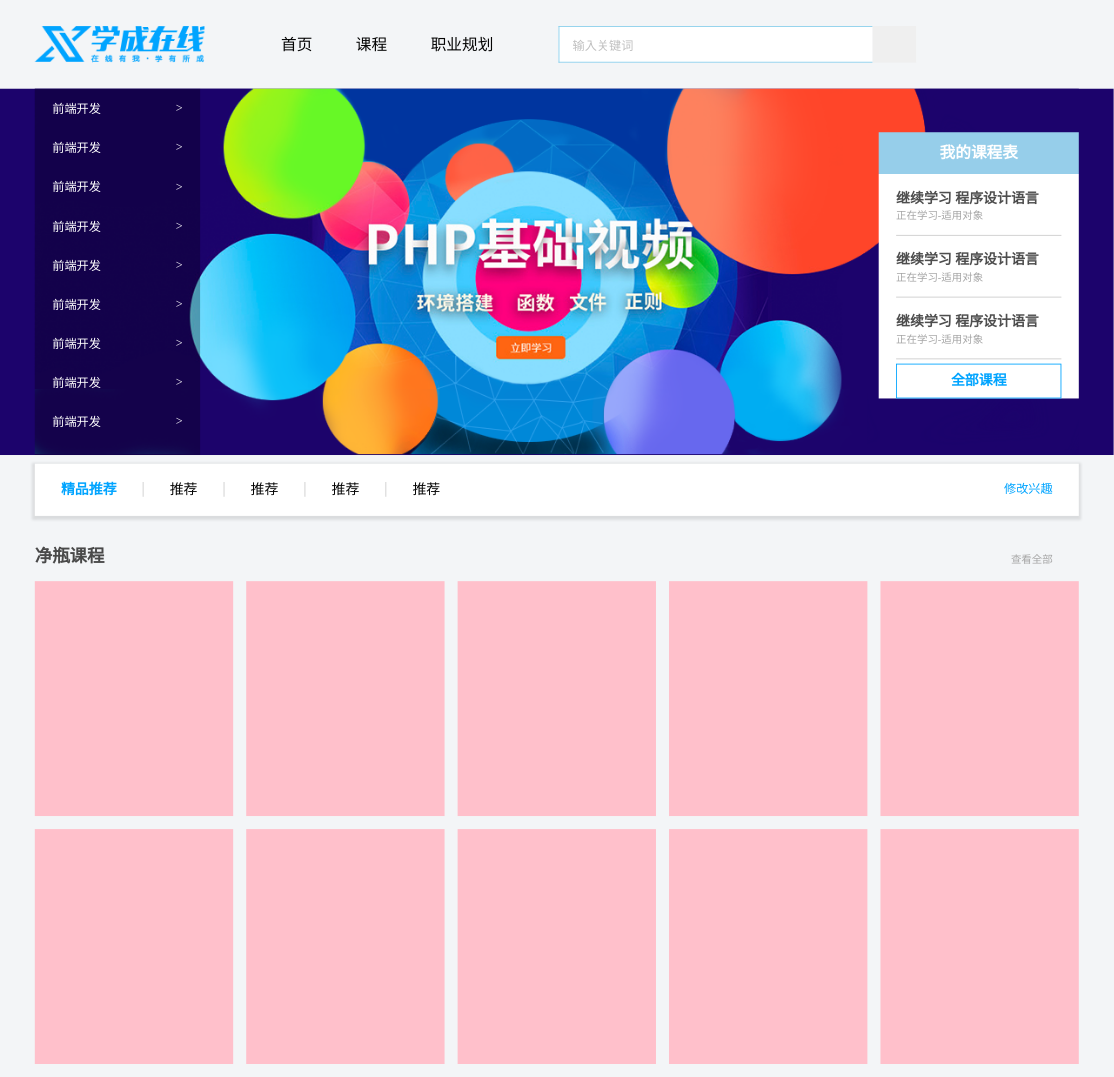
Repository: R1Deemo/Web-Project
Page: index..html
The author's editor kept a copy of each file at every save. The page is drawn from the files as they stood at one save, then again after the next save.
The browser window is 1280 px wide. The pictures show the whole page, at 87% of full size.

Above is the page before, as saved 2022-03-09 19:24:10.

### index..html
<!DOCTYPE html>
<html lang="en">

<head>
    <meta charset="UTF-8">
    <meta http-equiv="X-UA-Compatible" content="IE=edge">
    <meta name="viewport" content="width=device-width, initial-scale=1.0">
    <title>测试页面</title>
    <link rel="stylesheet" href="style.css">
</head>

<body>
    <!--头部模块 -->
    <div class="header w">
        <div class="logo">
            <img src="images/学成在线.png" alt="">
        </div>
        <!-- 实际开发中要用li+a的做法做导航栏 -->
        <div class="nav">
            <ul>
                <li>
                    <a href="#">首页</a>
                </li>
                <li>
                    <a href="#">课程</a>
                </li>
                <li>
                    <a href="#">职业规划</a>
                </li>

            </ul>
        </div>
        <!-- 搜索模块 -->
        <div class="search">
            <input type="text" value="输入关键词">
            <button></button>

        </div>

    </div>
    <!-- 头部区域结束 -->
    <!-- banner部分开始 -->
    <div class="banner">
        <div class="w">
            <div class="subnav">
                <ul>
                    <li><a href="#">前端开发<span>&gt</span></a></li>
                    <li><a href="#">前端开发<span>&gt</span></a></li>
                    <li><a href="#">前端开发<span>&gt</span></a></li>
                    <li><a href="#">前端开发<span>&gt</span></a></li>
                    <li><a href="#">前端开发<span>&gt</span></a></li>
                    <li><a href="#">前端开发<span>&gt</span></a></li>
                    <li><a href="#">前端开发<span>&gt</span></a></li>
                    <li><a href="#">前端开发<span>&gt</span></a></li>
                    <li><a href="#">前端开发<span>&gt</span></a></li>

                </ul>

            </div>
            <div class="course">
                <h2>我的课程表</h2>
                <div class="bd">
                    <ul>
                        <li>
                            <h4>继续学习 程序设计语言</h4>
                            <p>正在学习-适用对象</p>
                        </li>
                        <li>
                            <h4>继续学习 程序设计语言</h4>
                            <p>正在学习-适用对象</p>
                        </li>
                        <li>
                            <h4>继续学习 程序设计语言</h4>
                            <p>正在学习-适用对象</p>
                        </li>
                    </ul>
                    <a href="#" class="more">全部课程</a>
                </div>

            </div>
        </div>

    </div>
    <!-- banner区域结束 -->
    <!-- 精品推荐模块开始 -->
    <div class="goods w">
        <h3>精品推荐</h3>
        <ul>
            <li><a href="#">推荐</a></li>
            <li><a href="#">推荐</a></li>
            <li><a href="#">推荐</a></li>
            <li><a href="#">推荐</a></li>

        </ul>
        <a href="#" class="mod">修改兴趣</a>
    </div>
    <div class="box w">
        <div class="box-hd">
            <h3>净瓶课程</h3>
            <a href="#">查看全部</a>
        </div>
        <div class="box-bd">
            <ul>
                <li></li>
                <li></li>
                <li></li>
                <li></li>
                <li></li>
                <li></li>
                <li></li>
                <li></li>
                <li></li>
                <li></li>


            </ul>
        </div>
    </div>



</body>

</html>

### style.css
* {
    margin: 0;
    padding: 0;
}

.w {
    width: 1200px;
    margin: 0 auto;
}

body {
    background-color: #f3f5f7;
}

li {
    list-style: none;
}

a {
    text-decoration: none;
}

.header {
    height: 42px;
    /* background-color: pink; */
    margin: 30px auto;
}

.logo {
    float: left;
    width: 198px;
    height: 42px;
}

.nav {
    float: left;
    margin-left: 60px;
}

.nav ul li {
    float: left;
    margin: 0 15px;
}

.nav ul li a {
    display: block;
    height: 42px;
    padding: 0 10px;
    line-height: 42px;
    font-size: 18px;
    color: #050505;
}

.nav ul li a:hover {
    border-bottom: 2px solid #00a4ff;
}

.search {
    float: left;
    width: 412px;
    height: 42px;
    margin-left: 50px;
}

.search input {
    float: left;
    width: 345px;
    height: 40px;
    border: 1px solid skyblue;
    border-right: 0;
    color: #bfbfbf;
    font-size: 14px;
    padding-left: 15px;
}

.search button {
    float: left;
    width: 50px;
    height: 42px;
    border: 0;
    /* background: url(images/搜索.png); */
}

.banner {
    background-color: #1c036c;
    height: 421px;
}

.banner .w {
    background: url(images/banner2.png) no-repeat top center;
    height: 421px;
}

.subnav {
    float: left;
    width: 190px;
    height: 421px;
    background-color: rgba(0, 0, 0, .3);
}

.subnav ul li {
    height: 45px;
    line-height: 45px;
    padding: 0 20px;
}

.subnav ul li a {
    font-size: 14px;
    color: #fff;
}

.subnav ul li a span {
    float: right;
}

.subnav ul li a:hover {
    color: #00a4ff;
}

.course {
    float: right;
    margin-top: 50px;
    width: 230px;
    height: 300px;
    /* background-color: #fff; */
}

.course h2 {
    height: 48px;
    background-color: #96ceea;
    font-size: 18px;
    line-height: 48px;
    text-align: center;
    color: #fff;
}

.bd {
    padding: 0 20px;
    background-color: white;
}

.bd ul li h4 {
    font-size: 16px;
    color: #4e4e4e;
}

.bd ul li p {
    font-size: 12px;
    color: #a5a5a5;
}

.bd ul li {
    border-bottom: 1px solid #ccc;
    padding: 14px 0;
}

.bd .more {
    display: block;
    margin-top: 5px;
    height: 38px;
    border: 1px solid #00a4ff;
    text-align: center;
    line-height: 38px;
    color: #00a4ff;
    font-size: 16px;
    font-weight: 700;
}

.goods {
    height: 60px;
    background-color: #fff;
    box-shadow: 0 2px 3px 3px rgba(0, 0, 0, .1);
    margin-top: 10px;
    line-height: 60px;
}

.goods h3 {
    float: left;
    margin-left: 30px;
    color: #00a4ff;
    font-size: 16px;
}

.goods ul {
    float: left;
    margin-left: 30px;
}

.goods ul li {
    float: left;
}

.goods ul li a {
    padding: 0 30px;
    font-size: 16px;
    color: #050505;
    border-left: 1px solid #ccc;
}

.mod {
    float: right;
    margin-right: 30px;
    font-size: 14px;
    color: #00a4ff;
}

.box {
    margin-top: 30px;
}

.box-hd {
    height: 45px;
}

.box-hd h3 {
    float: left;
    font-size: 20px;
    color: #494949;
}

.box-hd a {
    float: right;
    font-size: 12px;
    color: #a5a5a5;
    margin-top: 10px;
    margin-right: 30px;
}

.box-bd ul {
    width: 1225px;
}

.box-bd ul li {
    float: left;
    width: 228px;
    height: 270px;
    background-color: pink;
    margin-right: 15px;
    margin-bottom: 15px;
}

After the next save:
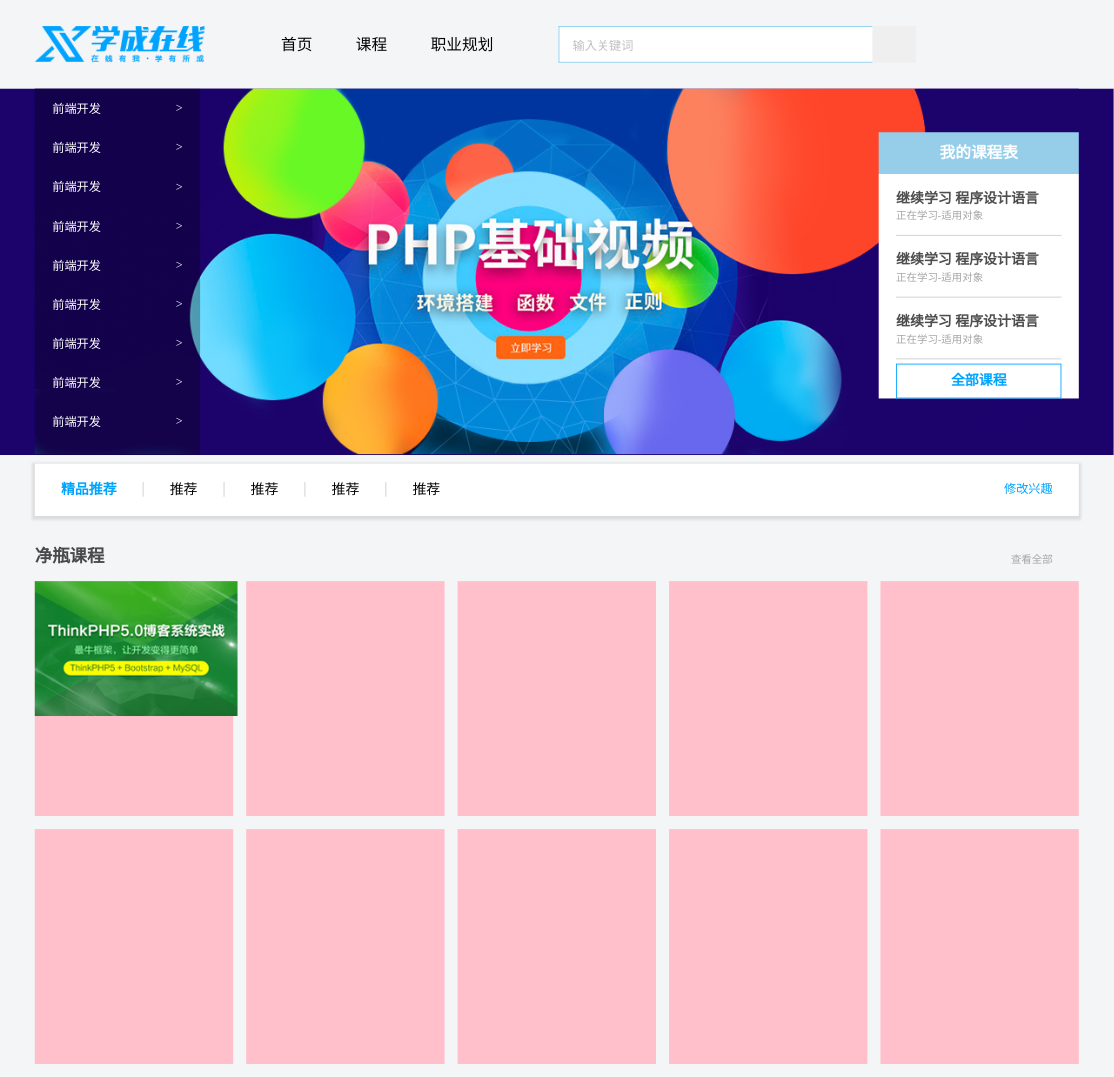
Saved 6 min 44 s later.
--- a/index..html
+++ b/index..html
@@ -101,7 +101,7 @@
         </div>
         <div class="box-bd">
             <ul>
-                <li></li>
+                <li><img src="images/pic.png" alt=""></li>
                 <li></li>
                 <li></li>
                 <li></li>
